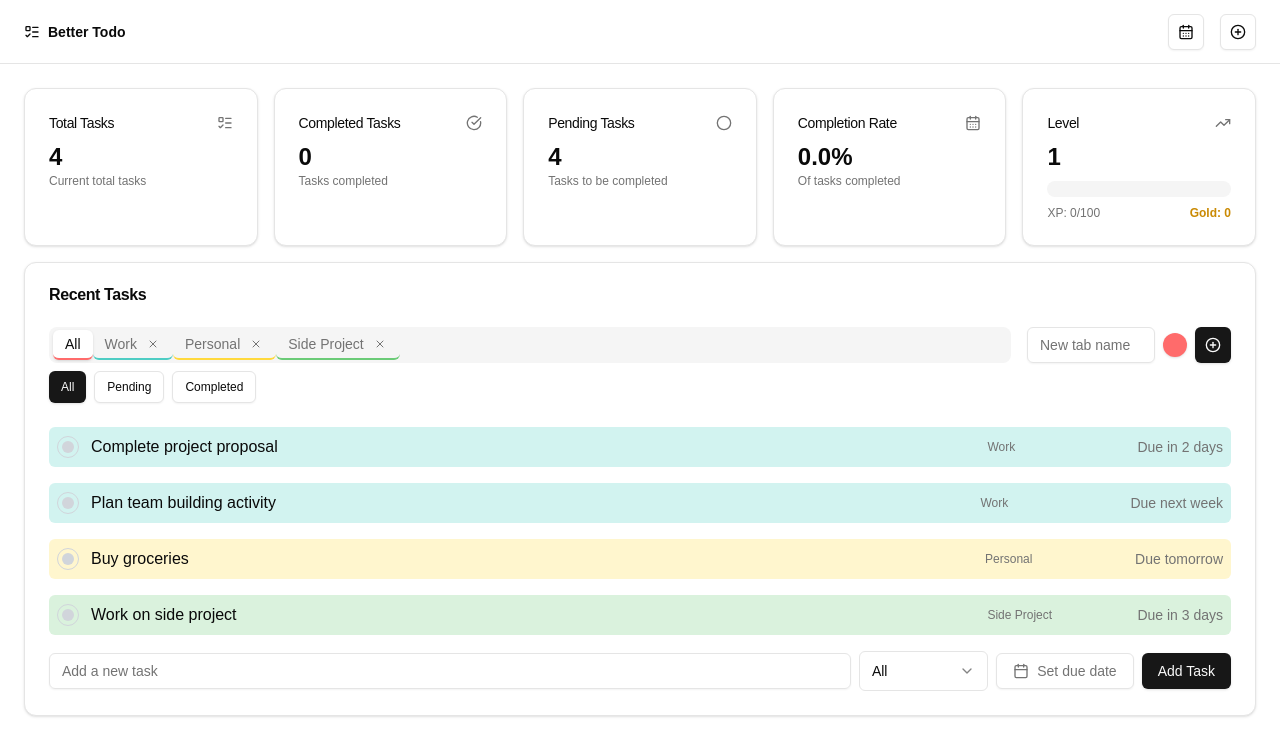
Repository: malikbarbier7/better-todo
Page: /dashboard
These files come from the project's save history. The page is drawn as it stood at one moment and after the next save; the edit follows.
The browser window is 1280 px wide. The pictures show the whole page.
The project was rebuilt for these pictures with package versions that can differ from the ones it lists, and the page was loaded fresh each time. The framework's server and built-in components were replaced by stand-ins that run in the browser. Also part of the build but not shown: next.config.js, next.config.mjs, components/ui/calendar.tsx.

Above is the page before, as saved 2024-10-04 14:26:02.

After the next save:
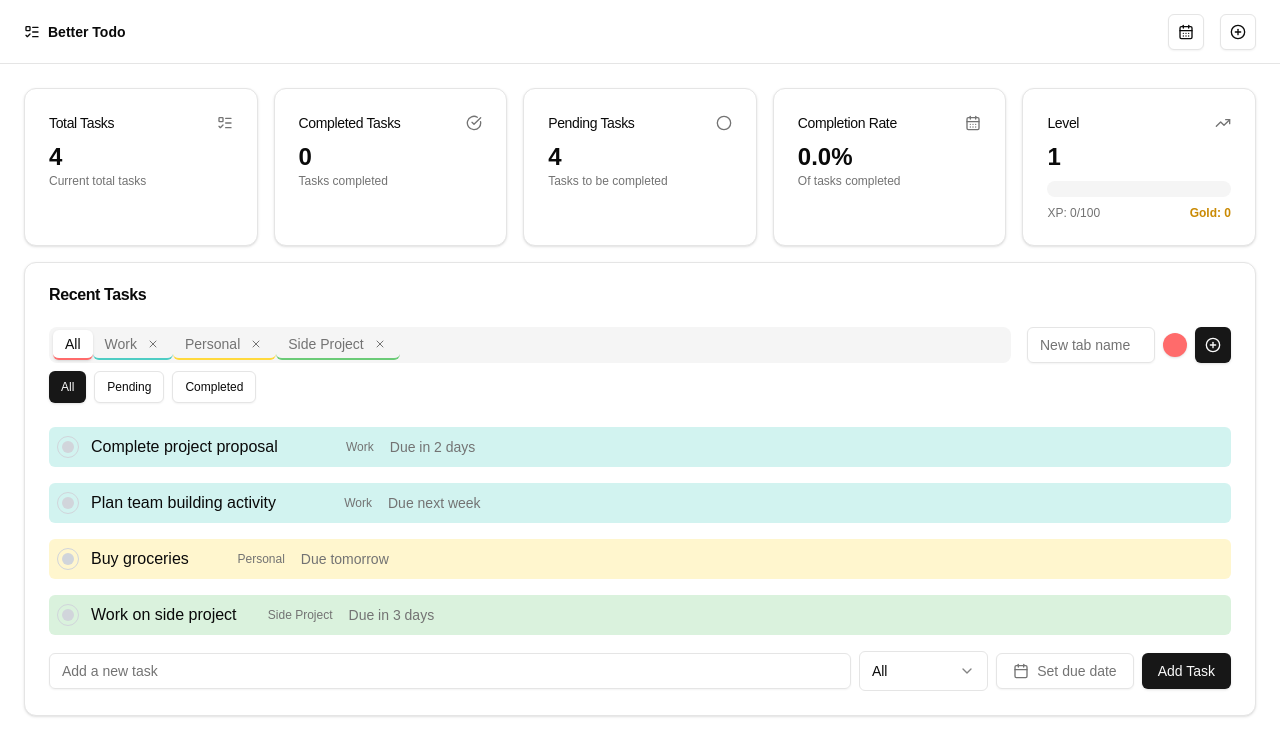
Saved 43 s later.
--- a/components/dashboard.tsx
+++ b/components/dashboard.tsx
@@ -430,12 +430,14 @@ export function Dashboard() {
                                 </button>
                               )}
                             </div>
-                            <span className={`ml-3 flex-1 ${task.status === 'completed' ? 'line-through' : ''}`}>
-                              {task.name}
-                            </span>
                             <div className="flex items-center">
-                              <span className="text-xs text-muted-foreground" style={{ width: '150px' }}>{task.category}</span>
-                              <span className="text-sm text-muted-foreground">{task.dueDate}</span>
+                              <span className={`ml-3 flex-1 ${task.status === 'completed' ? 'line-through' : ''}`}>
+                                {task.name}
+                              </span>
+                              <div className="flex items-center space-x-4 min-w-[300px]">
+                                <span className="text-xs text-muted-foreground w-24 text-right">{task.category}</span>
+                                <span className="text-sm text-muted-foreground w-32">{task.dueDate}</span>
+                              </div>
                             </div>
                           </div>
                         ))}
